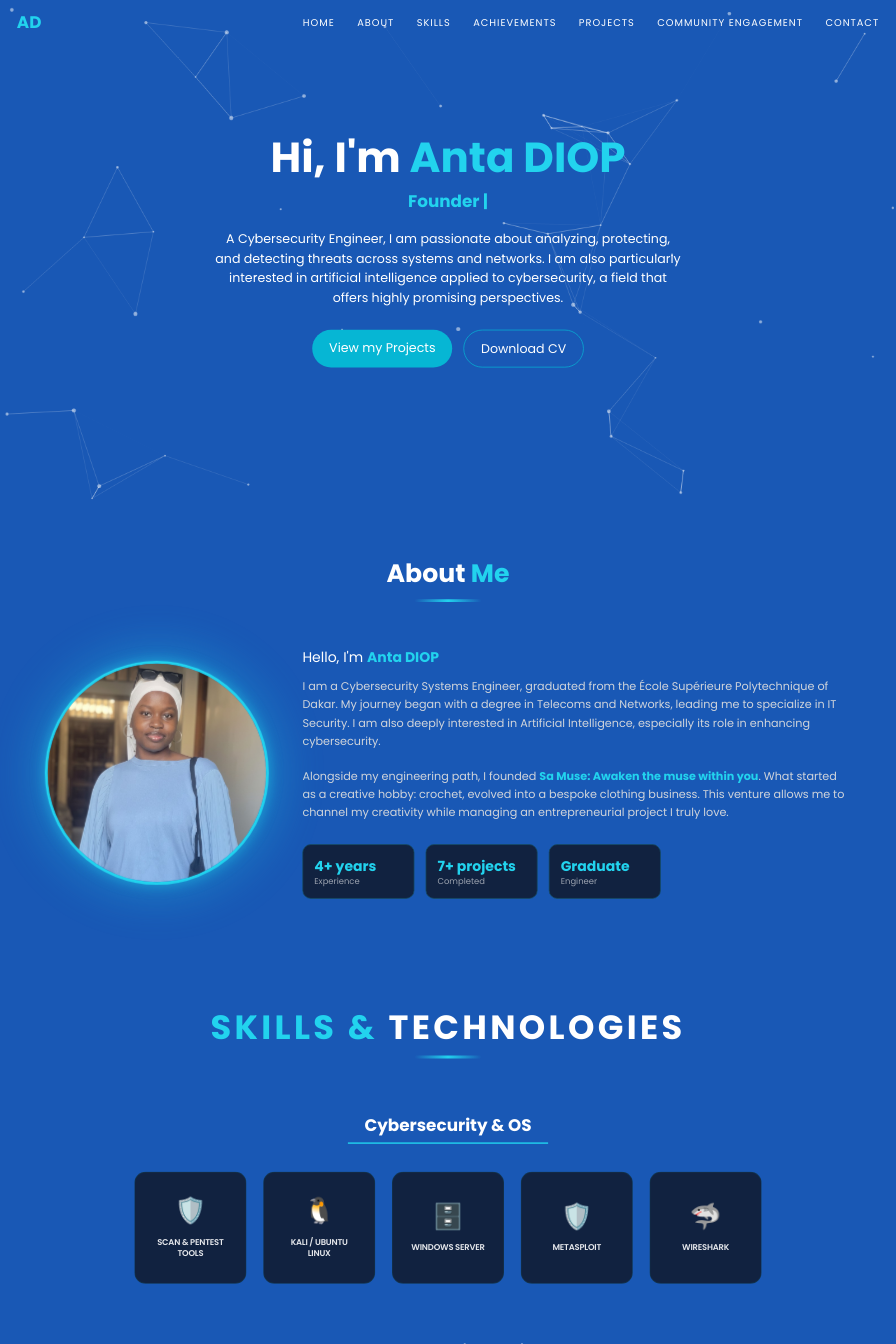
Repository: AntaaaKD/Mon-Portfolio
Page: /
These files come from the project's save history. The page is drawn as it stood at one moment and after the next save; the edit follows.
The browser window is 1280 px wide. The pictures show the part of the page from y = 0 to 1920 px (the page is 8584 px tall), at 70% of full size.
The project was rebuilt for these pictures with package versions that can differ from the ones it lists, and the page was loaded fresh each time.

Above is the page before, as saved 2026-01-15 13:15:15.

After the next save:
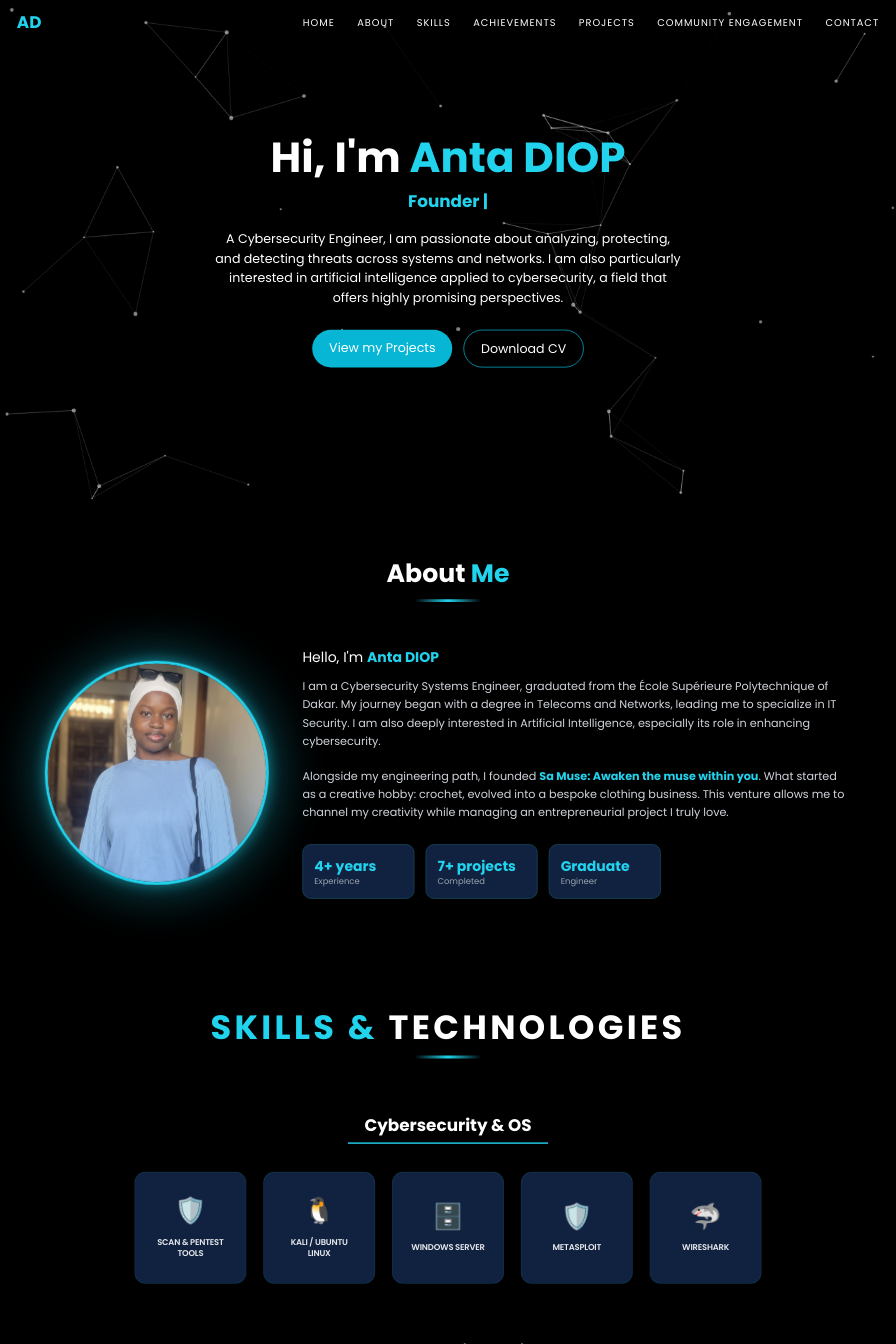
Saved 4 s later.
--- a/src/App.js
+++ b/src/App.js
@@ -11,7 +11,7 @@ import ParticlesBackground from './components/ParticlesBackground';
 
 function App() {
   return (
-    <div className="relative bg-[#1958b5] min-h-screen text-white overflow-x-hidden">
+    <div className="relative bg-[#000000] min-h-screen text-white overflow-x-hidden">
       {/* 1. Fond de particules */}
       <ParticlesBackground />
 
